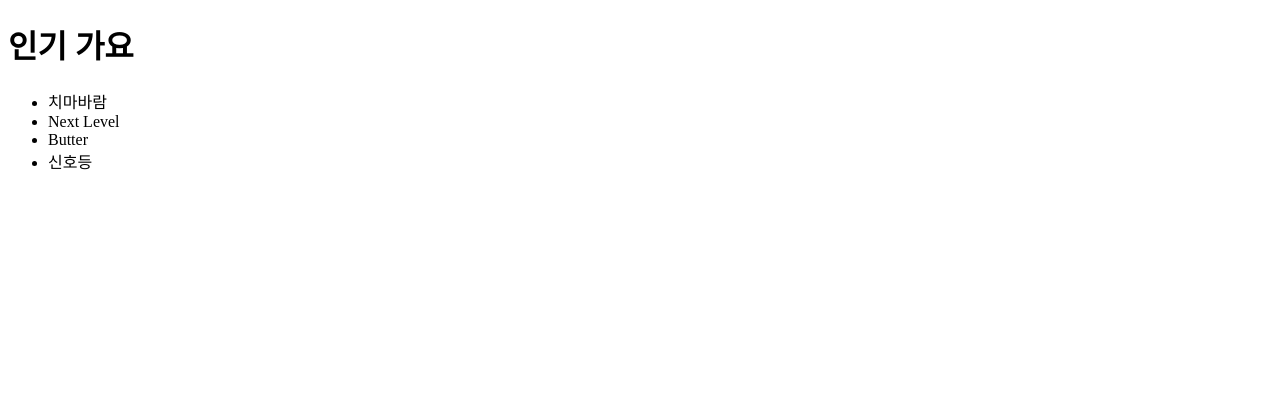
Repository: ghkdtpehd/java_html
Page: 01_HTML/src/main/webapp/EX02.html
An editor plug-in stored every save of this project. The page is shown before and after the next save, followed by the edit.
The browser window is 1280 px wide. The pictures show the whole page.

Above is the page before, as saved 2021-06-28 01:03:15.

### 01_HTML/src/main/webapp/EX02.html
<!DOCTYPE html>
<html>
<head>
<meta charset="UTF-8">
<title>Insert title here</title>
</head>
<body>
	<h1>인기 가요</h1>
	<ul>
		<li>치마바람</li>
		<li>Next Level</li>
		<li>Butter</li>
		<li>신호등</li>
	</ul>
</body>
</html>

After the next save:
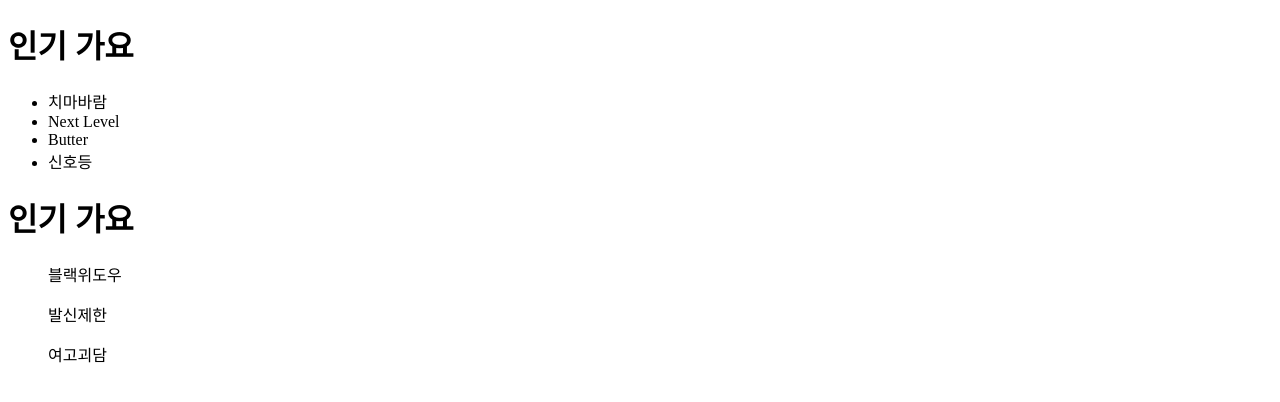
Saved 2 min 6 s later.
--- a/01_HTML/src/main/webapp/EX02.html
+++ b/01_HTML/src/main/webapp/EX02.html
@@ -12,5 +12,10 @@
 		<li>Butter</li>
 		<li>신호등</li>
 	</ul>
+
+	<h1>인기 가요</h1>
+	<ol>블랙위도우</ol>
+	<ol>발신제한</ol>
+	<ol>여고괴담</ol>
 </body>
 </html>
